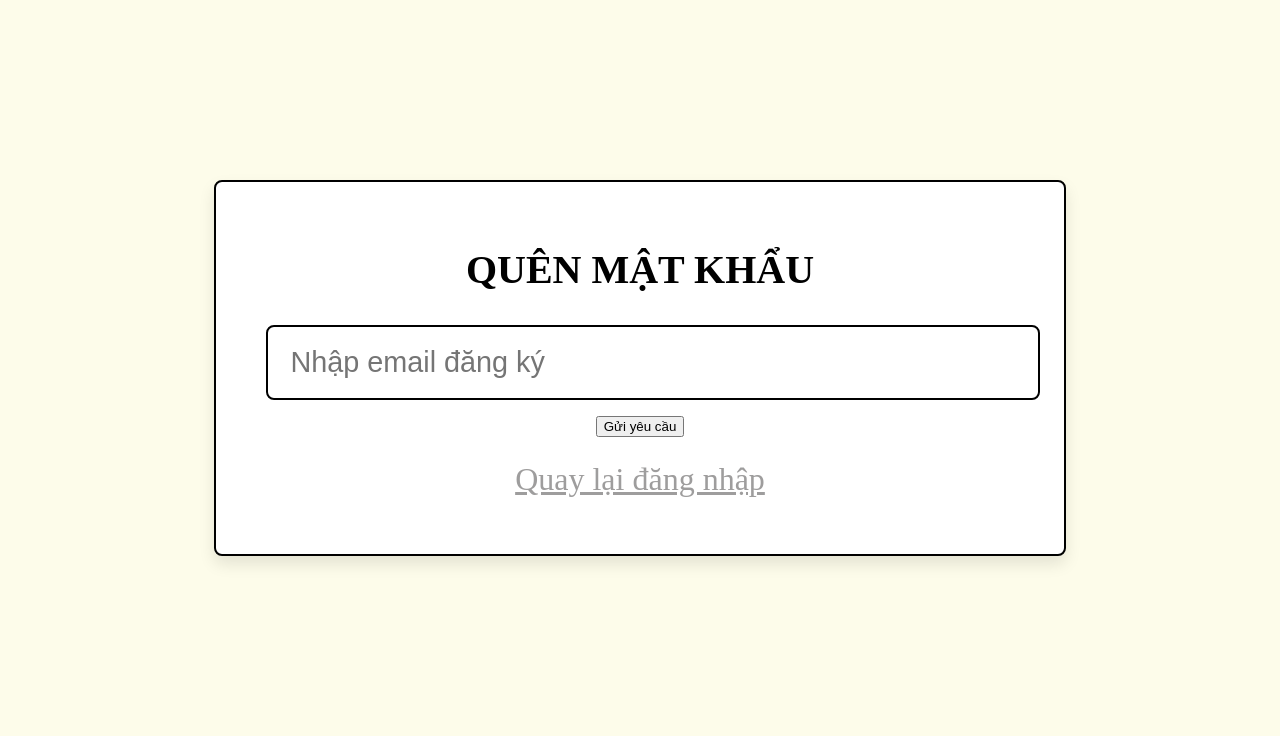
Repository: Dien973/expense_manager
Page: http://localhost/expense_manager/account/forgot_pwd.php
The author's editor kept a copy of each file at every save. The page is drawn from the files as they stood at one save, then again after the next save.
The browser window is 1280 px wide. The pictures show the whole page.
The page is run by PHP 8.4 with error messages shown; the project is at /var/www/html/.

Above is the page before, as saved 2025-12-05 16:34:37.

### account/forgot_pwd.php
<?php
session_start();
include '../config.php';

if(isset($_POST['submit'])){
    $email = mysqli_real_escape_string($conn, $_POST['email']);

    $check = mysqli_query($conn, "SELECT * FROM users WHERE uemail='$email'");

    if(mysqli_num_rows($check) > 0){

        // Tạo token
        $token = bin2hex(random_bytes(32));

        // Lưu token vào DB
        mysqli_query($conn, "UPDATE users SET reset_token='$token' WHERE uemail='$email'");

        // Link reset
        $reset_link = "http://localhost/expense_manager/account/reset_pwd.php?token=".$token;

        // Gửi email
        require "send_mail.php";
        sendMail($email, $reset_link);

        $_SESSION['success'] = "Đã gửi email đặt lại mật khẩu!";
        header("Location: forgot_pwd.php");
        exit();

    } else {
        $_SESSION['error'] = "Email không tồn tại!";
    }
}
?>
<!DOCTYPE html>
<html>
<head>
    <meta charset="UTF-8">
    <link rel="stylesheet" href="../css/main.css">
    <title>Quên mật khẩu</title>
</head>
<body>

<?php
if(isset($_SESSION['success'])){
    echo "<div class='message-overlay'><div class='message-box'><span>{$_SESSION['success']}</span><i class='fas fa-times' onclick='this.parentElement.parentElement.remove();'></i></div></div>";
    unset($_SESSION['success']);
}

if(isset($_SESSION['error'])){
    echo "<div class='message-overlay'><div class='message-box'><span>{$_SESSION['error']}</span><i class='fas fa-times' onclick='this.parentElement.parentElement.remove();'></i></div></div>";
    unset($_SESSION['error']);
}
?>

<section class="form-container">
<form action="" method="post">
    <h3>Quên Mật Khẩu</h3>

    <div class="inpt">
        <i class="fas fa-envelope"></i>
        <input type="email" name="email" class="box" placeholder="Nhập email đăng ký" required>
    </div>

    <input type="submit" name="submit" class="btn" value="Gửi yêu cầu">
    <p><a href="login.php">Quay lại đăng nhập</a></p>
</form>
</section>

</body>
</html>

### config.php
<?php
// Kết nối đến cơ sở dữ liệu MySQL
$servername = "localhost";
$username = "root";
$password = "";
$dbname = "qly_chi_tieu";

// Tạo kết nối
$conn = mysqli_connect($servername, $username, $password, $dbname);

// Kiểm tra kết nối
if (!$conn) {
    die("Connection failed: " . mysqli_connect_error());
}
?>

### css/main.css
body {
  background-color: rgb(253, 252, 234);
}
/*----------FORM ĐĂNG NHẬP------------*/
.form-container {
  display: flex;
  align-items: center;
  justify-content: center;
  min-height: 100vh;
}

.form-container form {
  padding: 1.5rem;
  border-radius: 0.5rem;
  border: #000 solid 2px;
  background-color: #ffffff;
  box-shadow: 0 0.5rem 1rem rgba(0, 0, 0, 0.1);
  width: 50rem;
  text-align: center;
}

.form-container form h3 {
  font-size: 2.5rem;
  text-transform: uppercase;
  color: #000;
  margin-bottom: 1rem;
}

.form-container form .inpt {
  display: flex;
  align-items: center; /* Căn chỉnh theo chiều dọc */
  gap: 10px; /* Tạo khoảng cách giữa icon và input */
}
.form-container form .box {
  width: 100%;
  padding: 1.2rem 1.4rem;
  font-size: 1.8rem;
  color: #000;
  border: #000 solid 2px;
  background-color: #fff;
  margin: 1rem 0;
  border-radius: 0.5rem;
  position: relative;
}

.form-container form .eye {
  position: absolute;
  right: 550px;
  cursor: pointer;
  /* Tùy chọn: đổi màu cho dễ nhìn */
  color: #aaa;
}

.form-container form i {
  color: #000;
  font-size: 2.5rem;
  margin-right: 1rem;
}

.form-container form p {
  margin-top: 1.5rem;
  font-size: 2rem;
  color: #666;
}

.form-container form p a {
  color: #9e9d9d;
}

.form-container form p a:hover {
  text-decoration: underline;
}

/* Lớp che nền */
.message-overlay {
  position: fixed;
  top: 0;
  left: 0;
  width: 100%;
  height: 100%;
  background: rgba(0, 0, 0, 0.5);
  display: flex;
  justify-content: center;
  align-items: center;
  z-index: 20000;
}

/* Hộp thông báo */
.message-box {
  background: #fff;
  padding: 2rem 3rem;
  border-radius: 10px;
  text-align: center;
  min-width: 350px;
  max-width: 80%;
  box-shadow: 0 10px 25px rgba(0, 0, 0, 0.3);
  position: relative;
  animation: popupShow 0.25s ease-out;
}

/* Nội dung */
.message-box span {
  font-size: 2rem;
  color: #000;
}

/* Icon đóng */
.message-box i {
  position: absolute;
  top: 10px;
  right: 12px;
  font-size: 2.2rem;
  color: #c0392b;
  cursor: pointer;
  transition: 0.2s;
}

.message-box i:hover {
  transform: rotate(90deg);
}

/* Animation hiển thị */
@keyframes popupShow {
  from {
    opacity: 0;
    transform: scale(0.8);
  }
  to {
    opacity: 1;
    transform: scale(1);
  }
}

After the next save:
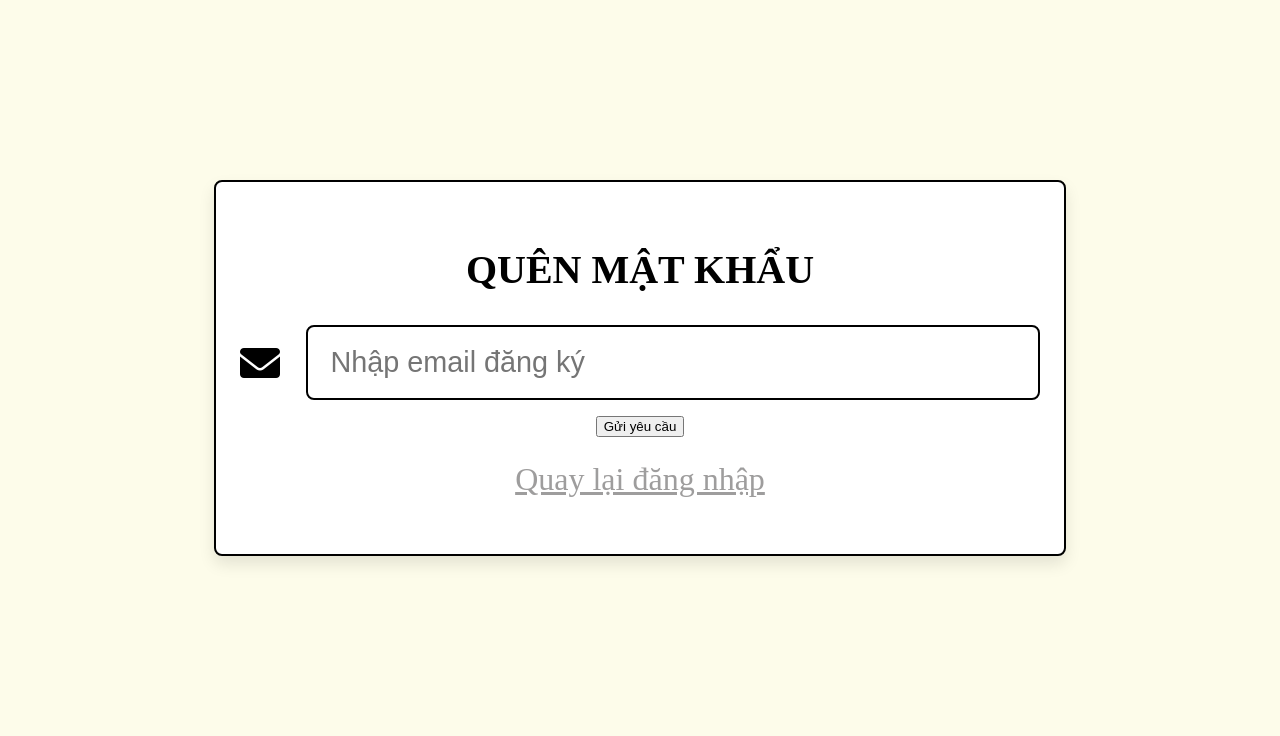
Saved 7 min 46 s later.
--- a/account/forgot_pwd.php
+++ b/account/forgot_pwd.php
@@ -35,6 +35,8 @@ if(isset($_POST['submit'])){
 <html>
 <head>
     <meta charset="UTF-8">
+    <link rel="stylesheet" href="https://cdnjs.cloudflare.com/ajax/libs/font-awesome/6.0.0/css/all.min.css">
+
     <link rel="stylesheet" href="../css/main.css">
     <title>Quên mật khẩu</title>
 </head>
@@ -42,7 +44,14 @@ if(isset($_POST['submit'])){
 
 <?php
 if(isset($_SESSION['success'])){
-    echo "<div class='message-overlay'><div class='message-box'><span>{$_SESSION['success']}</span><i class='fas fa-times' onclick='this.parentElement.parentElement.remove();'></i></div></div>";
+    echo "
+    <div class='message-overlay'>
+        <div class='message-box'>
+            <span>{$_SESSION['success']}</span>
+            <i class='fas fa-times' onclick='this.parentElement.parentElement.remove();'></i>
+        </div>
+    </div>
+    ";
     unset($_SESSION['success']);
 }
 
